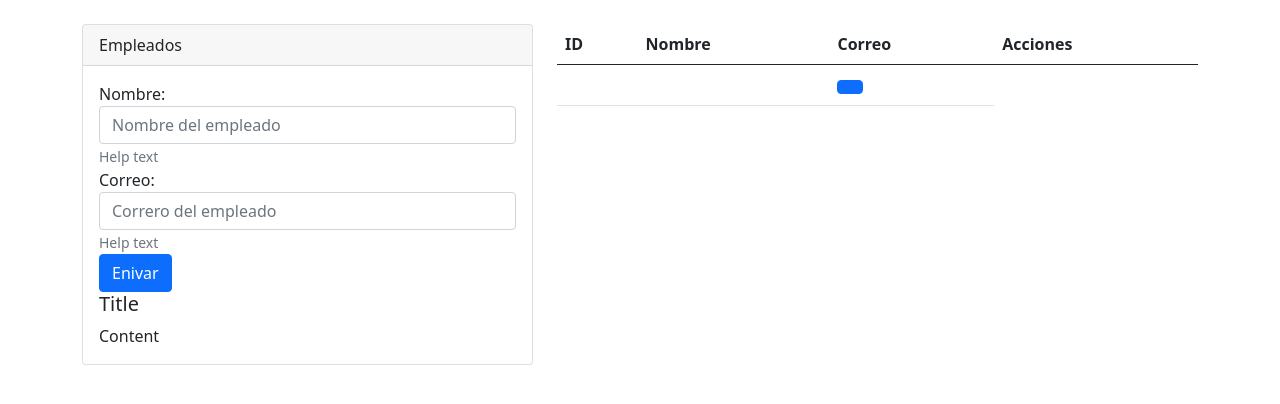
Repository: LionardoGomiz/CRUD-JS-VAINILLA
Page: index.html
An editor plug-in stored every save of this project. The page is shown before and after the next save, followed by the edit.
The browser window is 1280 px wide. The pictures show the whole page.
The page's requests for data from a server got no answer.

Above is the page before, as saved 2021-08-12 15:40:42.

After the next save:
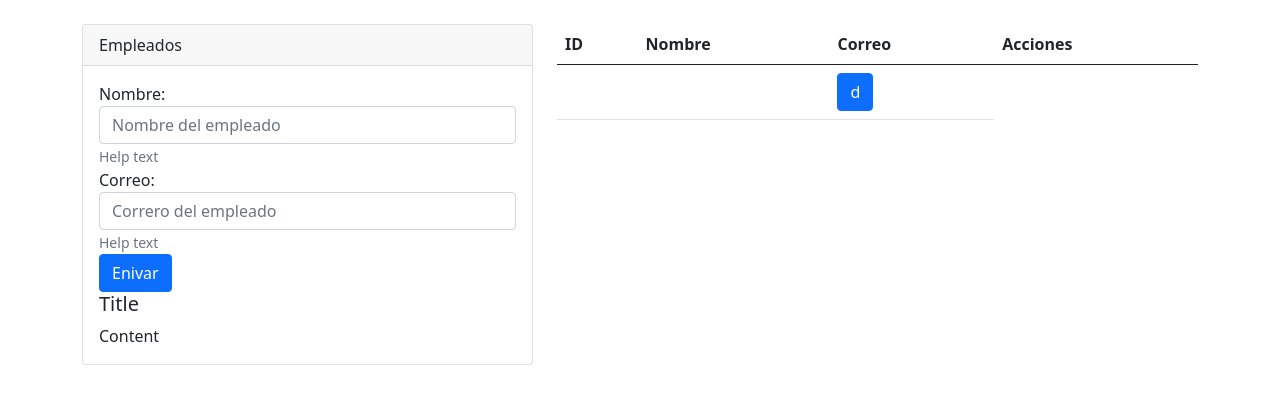
Saved 8 s later.
--- a/index.html
+++ b/index.html
@@ -57,7 +57,7 @@
                         <tr>
                             <td scope="row"></td>
                             <td></td>
-                            <td><a name="" id="" class="btn btn-primary" href="#" role="button"></a></td>
+                            <td><a name="" id="" class="btn btn-primary" href="#" role="button">d</a></td>
                         </tr>
                     </tbody>
                 </table>
